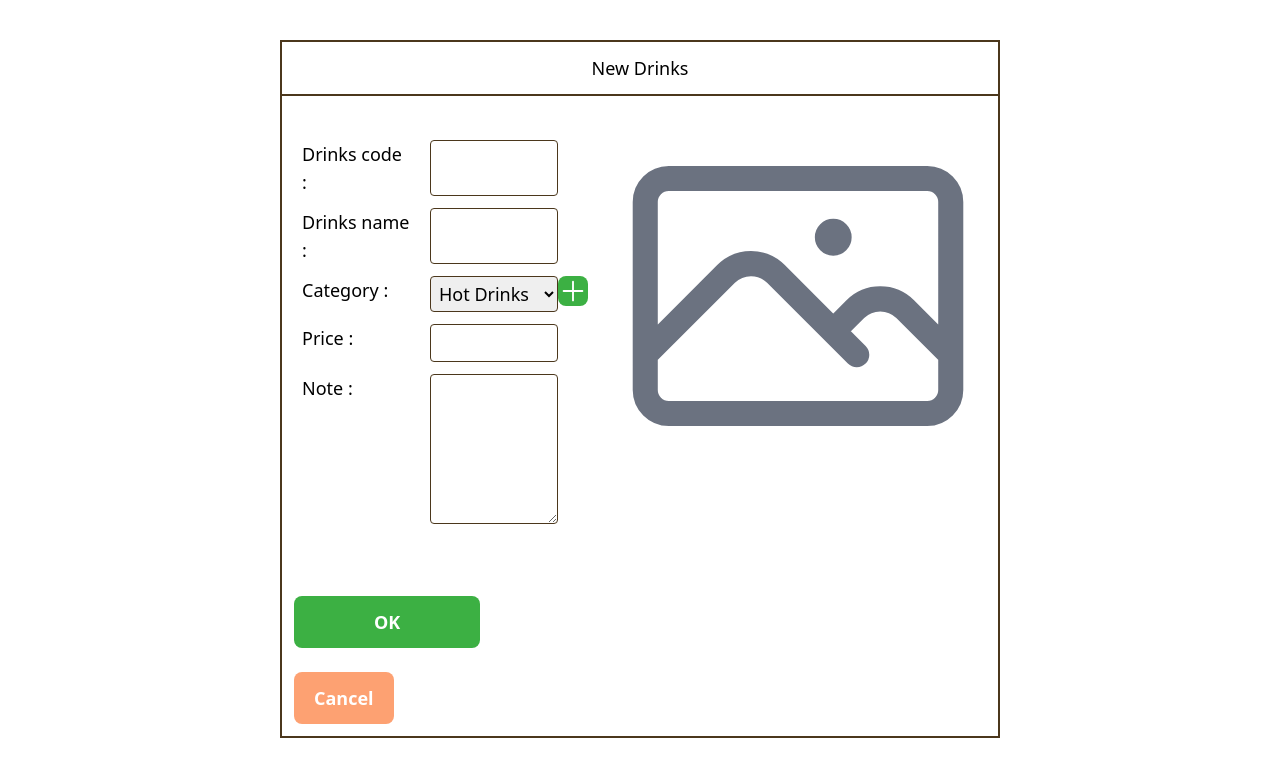
Repository: Dapravith/Midterm-SE-GIC-Cafe-Project-Group16
Page: bin/main/templates/addDrink.html
The author's editor kept a copy of each file at every save. The page is drawn from the files as they stood at one save, then again after the next save.
The browser window is 1280 px wide. The pictures show the whole page.
Some web libraries are served in a nearby version.

Above is the page before, as saved 2023-05-17 08:33:29.

### bin/main/templates/addDrink.html
<!DOCTYPE html>
<html lang="en">

<head>
    <meta charset="UTF-8">
    <meta http-equiv="X-UA-Compatible" content="IE=edge">
    <meta name="viewport" content="width=device-width, initial-scale=1.0">
    <title>Add New Drink</title>
    <script src="https://cdn.tailwindcss.com"></script>
    <style>
        * {
            margin: 0;
            padding: 0;
            box-sizing: border-box;
        }

        button:hover {
            box-shadow: 0 12px 16px 0 rgba(228, 209, 209, 0.24), 0 17px 50px 0 rgba(90, 81, 81, 0.19);
        }

        h2 .text-center {
            color: blue;
        }
    </style>
</head>

<body class="m-10 text-lg">
    <!-- CRUD PRODUCTS -->
    <div class="new_drink w-[60%] h-fit m-auto  border-[2px] border-solid border-[#4B371C] ">
        <div class="p-3 head">
            <h2 class="text-center">New Drinks</h2>
        </div>
        <div class="w-[100%] border-[1px] border-solid border-[#4B371C]"></div>
        <div class="flex">
            <div class="add_drink w-[60%]">
                <div class="py-3 ">
                    <form action="#" class="p-5 ">
                        <div class="grid grid-cols-2 mt-3">
                            <label class="mr-5" for="dcode">Drinks code :</label>
                            <input type="text" id="dcode" name="" class="p-1 border-[1px] border-solid border-[#4B371C] rounded" placeholder="">
                        </div>
                        <div class="grid grid-cols-2 mt-3">
                            <label class="mr-5" for="dname">Drinks name :</label>
                            <input type="text" id="dname" name="" class="p-1 border-[1px] border-solid border-[#4B371C] rounded" placeholder="">
                        </div>
                        <div class="grid grid-cols-2 mt-3">
                            <label class="mr-5" for="category">Category :</label>
                            <div class="flex justify-between">
                                <select type="add-item" id="category" name="" class="p-1 border-[1px] border-solid border-[#4B371C] rounded" placeholder="">
                                    <option value="1">Hot Drinks</option >
                                    <option value="2" >Cool Drinks</option >
                                    <option value="3" >Frappe</option >
                                    <option value="4" >Milk Tea</option >
                                </select>
                                <button id="add_category" class=" w-fit h-fit bg-[#3CB043] text-center text-white font-bold cursor-pointer duration-100 rounded-lg">
                                    <svg xmlns="http://www.w3.org/2000/svg" fill="none" viewBox="0 0 24 24" stroke-width="1.5" stroke="currentColor" class="w-[30px] h-[30px] " onclick="showPopup()">
                                        <path stroke-linecap="round" stroke-linejoin="round" d="M12 4.5v15m7.5-7.5h-15" />
                                    </svg>
                                </button>

                            </div>

                        </div>

                        <div class="grid grid-cols-2 mt-3">
                            <label class="mr-5" for="price">Price :</label>
                            <input name="" min="0" type="number" id="price" class="p-1 border-[1px] border-solid border-[#4B371C] rounded" placeholder="">
                        </div>
                        <div class="grid grid-cols-2 mt-3">
                            <label class="mr-5" for="note">Note :</label>
                            <textarea id="note" cols="50" rows="5" name="" class="p-1 w-full border-[1px] border-solid border-[#4B371C] rounded resize-x"> </textarea>
                        </div>
                    </form>
                </div>
                <br />
                <div>
                    <button class=" py-3 bg-[#3CB043] text-center text-white font-bold px-20 m-3 inline-block cursor-pointer duration-100 rounded-lg">OK</button>
                    <button class=" py-3 px-5 bg-[#FDA172] text-center text-white  font-bold p-3 m-3 inline-block cursor-pointer duration-100 rounded-lg">Cancel</button>
                </div>
            </div>
            <!-- images -->
            <div class="ml-5 img">
                <form action="#">
                    <input id="file-input" type="file" name="file" hidden accept="image/*">
                    <label for="file-input" class="cursor-pointer">
                        <div id="image-preview" class="w-[400px] h-fit p-3 border-[#4B371C]">
                            <svg xmlns="http://www.w3.org/2000/svg" fill="none" viewBox="0 0 24 24" stroke-width="1.6" stroke="currentColor" class="w-full h-full text-gray-500">
                                <path stroke-linecap="round" stroke-linejoin="round" d="M2.25 15.75l5.159-5.159a2.25 2.25 0 013.182 0l5.159 5.159m-1.5-1.5l1.409-1.409a2.25 2.25 0 013.182 0l2.909 2.909m-18 3.75h16.5a1.5 1.5 0 001.5-1.5V6a1.5 1.5 0 00-1.5-1.5H3.75A1.5 1.5 0 002.25 6v12a1.5 1.5 0 001.5 1.5zm10.5-11.25h.008v.008h-.008V8.25zm.375 0a.375.375 0 11-.75 0 .375.375 0 01.75 0z" />
                            </svg>
                        </div>
                    </label>
                </form>
            </div>
        </div>
    </div>
    </div>
    </div>
    </div>
    <!-- ADD NEW CATEGORY -->
    <div class="popup w-[100vw] h-[100vh] absolute top-[0] left-[0] bg-[#f1f1f199] hidden z-[100]">
        <main class="w-[20rem] absolute top-[50%] left-[50%] translate-x-[-50%] translate-y-[-50%]">
            <div class="none w-full h-fit m-auto  border-[2px] border-solid border-[#4B371C]">
                <div class="p-3 head">
                    <h2>New Category</h2>
                </div>
                <div class="w-[100%] border-[1px] border-solid border-[#4B371C]"></div>
                <div class="">
                    <form action="#" class="p-3 add_category">
                        <div class="grid grid-cols-2 mt-3">
                            <label for="gcode">Category code :</label>
                            <input type="text" id="dcode" name="" class="category_code border-[1px] border-solid border-[#4B371C] rounded" placeholder="" required>
                        </div>
                        <div class="grid grid-cols-2 mt-3">
                            <label for="gname">Category name :</label>
                            <input type="text" id="gname" name="" class="category_name border-[1px] border-solid border-[#4B371C] rounded" placeholder="" required>
                        </div>
                        <br />
                        <div class="flex">
                            <input id="okay" type="submit" value="OK" class=" py-3 bg-[#3CB043] text-center font-bold text-white px-16 in m-3 p-3 line-block cursor-pointer duration-100 rounded-lg">
                            <button class="cancel py-3 px-5 bg-[#FDA172] text-center font-bold text-white p-3 m-3 inline-block cursor-pointer duration-100 rounded-lg">Cancel</button>
                        </div>
                    </form>
                </div>
            </div>
        </main>

    </div>
    <script>
        const addNewCat = document.getElementById("add_category");
        const popup = document.querySelector(".popup");
        const form_add_category = document.querySelector(".add_category");
        const imagePreview = document.getElementById("image-preview");
        const fileInput = document.getElementById("file-input");

        addNewCat.addEventListener("click", showPopup);

        function showPopup() {
            popup.classList.remove("hidden");
        }

        form_add_category.addEventListener("submit", () => {
            clear();
            popup.classList.add("hidden");
        });

        document.querySelector(".cancel").addEventListener("click", () => {
            clear();
            popup.classList.add("hidden");
        });

        popup.addEventListener("click", (e) => {
            const target = e.target;

            if (target.classList.contains("popup")) {
                clear();
                popup.classList.add("hidden");
            }
        });

        function readImage(input) {
            if (input.files && input.files[0]) {
                const reader = new FileReader();

                reader.onload = function(e) {
                    const fileName = input.files[0].name;

                    imagePreview.innerHTML = `
                  <div class="image-container">
                    <img src="${e.target.result}" alt="Category Image">
                    <p class="image-name">${fileName}</p>
                    <button class="flex inline-flex items-center px-4 py-2 text-sm font-medium text-white bg-red-700 rounded-md item-center hover:bg-red-900">
                        <svg xmlns="http://www.w3.org/2000/svg" class="w-5 h-5 mr-2" fill="none" viewBox="0 0 24 24" stroke="currentColor">
                          <path stroke-linecap="round" stroke-linejoin="round" stroke-width="2" d="M19 7l-.867 12.142A2 2 0 0116.138 21H7.862a2 2 0 01-1.995-1.858L5 7m5 4v6m4-6v6m1-10V4a1 1 0 00-1-1h-4a1 1 0 00-1 1v3M4 7h16" />
                        </svg>

                        Delete
                      </button>
                  </div>
                `;

                    const deleteButton = imagePreview.querySelector(".delete-image");
                    deleteButton.addEventListener("click", () => {
                        clearImagePreview();
                    });
                };

                reader.readAsDataURL(input.files[0]);
            }
        }



        fileInput.addEventListener("change", function() {
            readImage(this);
        });

        function clear() {
            document.getElementById("dcode").value = "";
            document.getElementById("gname").value = "";
            fileInput.value = "";
            clearImagePreview();
        }

        function clearImagePreview() {
            const imageContainer = document.querySelector(".image-container");
            if (imageContainer) {
                imageContainer.remove();
            }
        }
    </script>
</body>

</html>

After the next save:
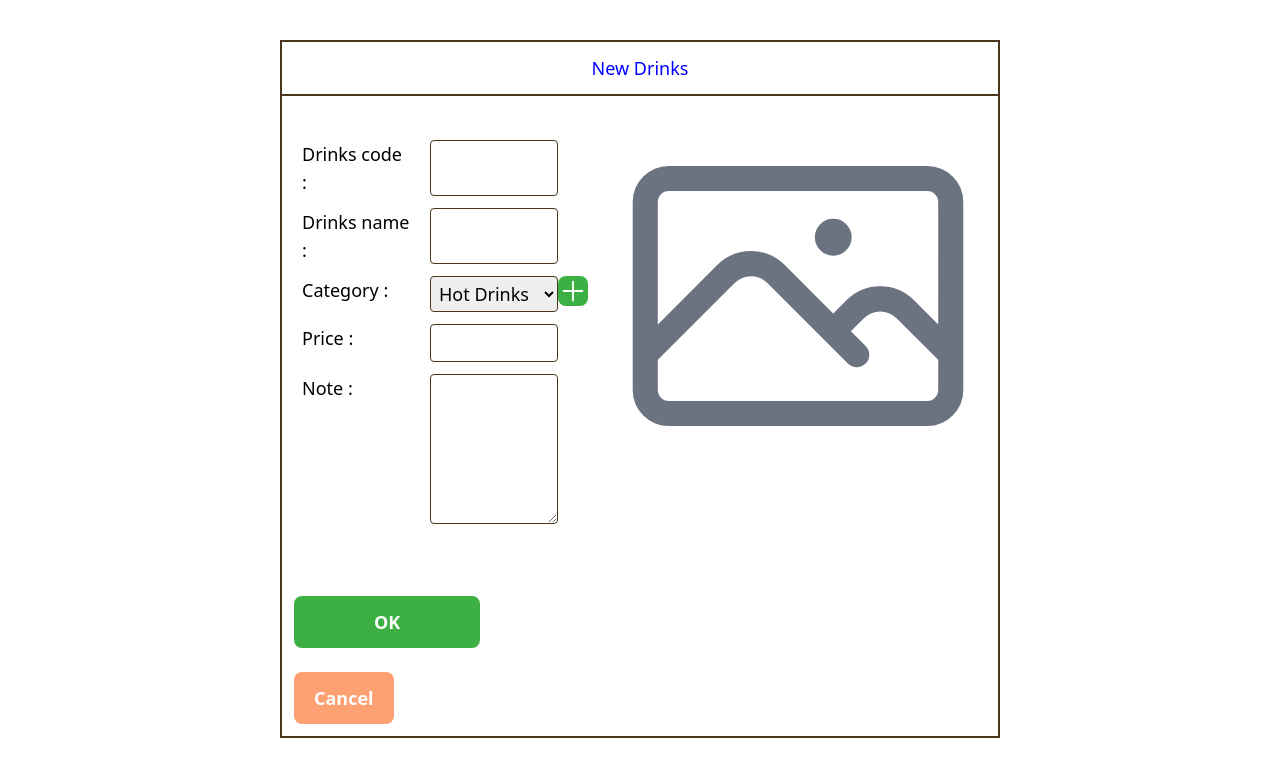
Saved 8 s later.
--- a/bin/main/templates/addDrink.html
+++ b/bin/main/templates/addDrink.html
@@ -18,7 +18,7 @@
             box-shadow: 0 12px 16px 0 rgba(228, 209, 209, 0.24), 0 17px 50px 0 rgba(90, 81, 81, 0.19);
         }
 
-        h2 .text-center {
+        .text-center {
             color: blue;
         }
     </style>
